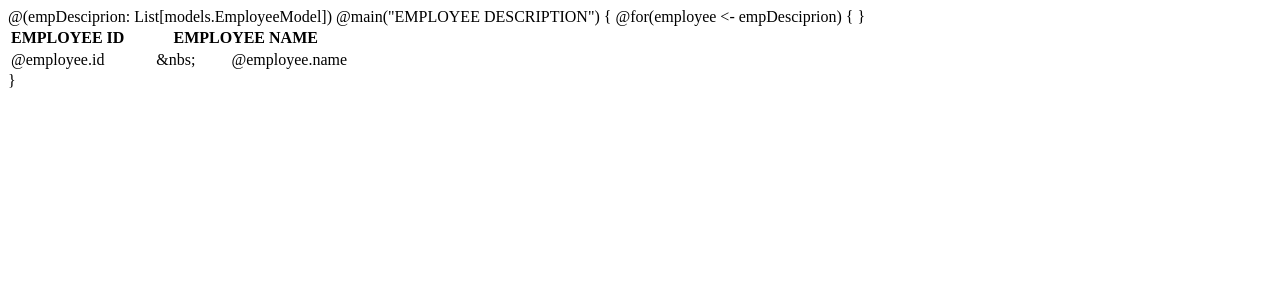
Repository: sumitkum200690/PLAY_SLICK
Page: Play_DB/app/views/employeeByIdDescription.scala.html
An editor plug-in stored every save of this project. The page is shown before and after the next save, followed by the edit.
The browser window is 1280 px wide. The pictures show the whole page.

Above is the page before, as saved 2015-09-22 14:36:58.

After the next save:
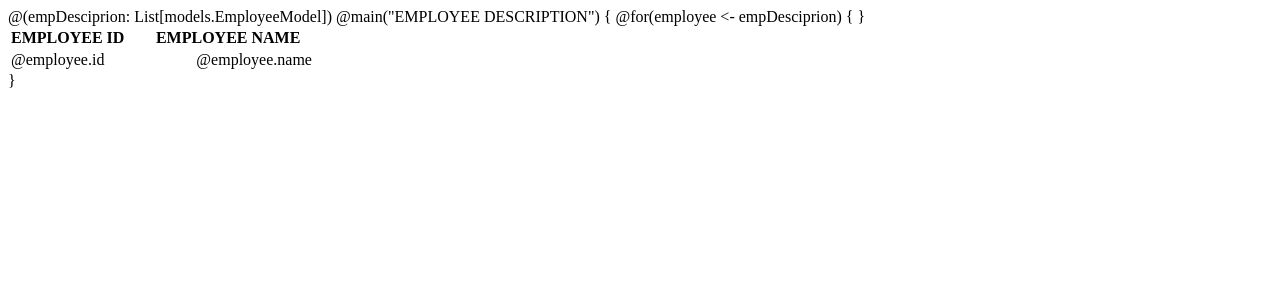
Saved 7 s later.
--- a/Play_DB/app/views/employeeByIdDescription.scala.html
+++ b/Play_DB/app/views/employeeByIdDescription.scala.html
@@ -10,7 +10,7 @@
 
 				<tr><th>EMPLOYEE ID</th> <th> &nbsp; &nbsp;&nbsp;EMPLOYEE NAME</th> </tr>
 
-				<tr><td>@employee.id</td><td>&nbsp; &nbsp;&nbsp&nbsp; &nbsp;&nbs;&nbsp; &nbsp;&nbsp;&nbsp; &nbsp;&nbsp; @employee.name</td></tr>
+				<tr><td>@employee.id</td><td>&nbsp; &nbsp;&nbsp&nbsp; &nbsp;&nbsp;&nbsp; &nbsp;&nbsp;&nbsp; &nbsp;&nbsp; @employee.name</td></tr>
 
 			 }
 			  </table>
